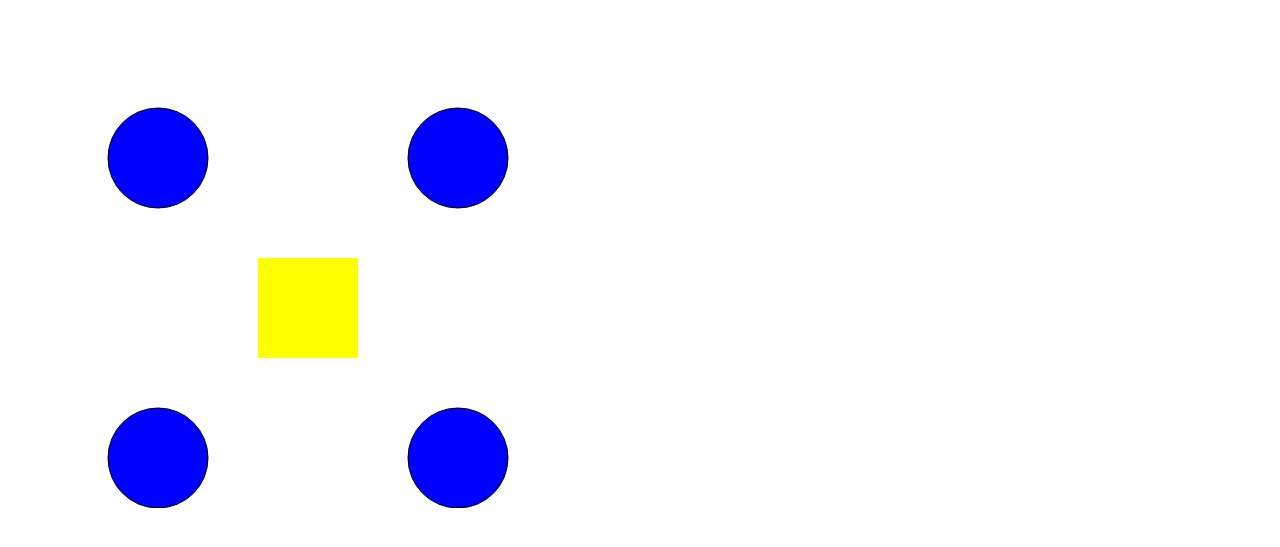
Repository: facio313/Python
Page: HELLO_PYTHON/day17/templates/canvas.html
These files come from the project's save history. The page is drawn as it stood at one moment and after the next save; the edit follows.
The browser window is 1280 px wide. The pictures show the whole page.

Above is the page before, as saved 2022-12-15 10:49:39.

After the next save:
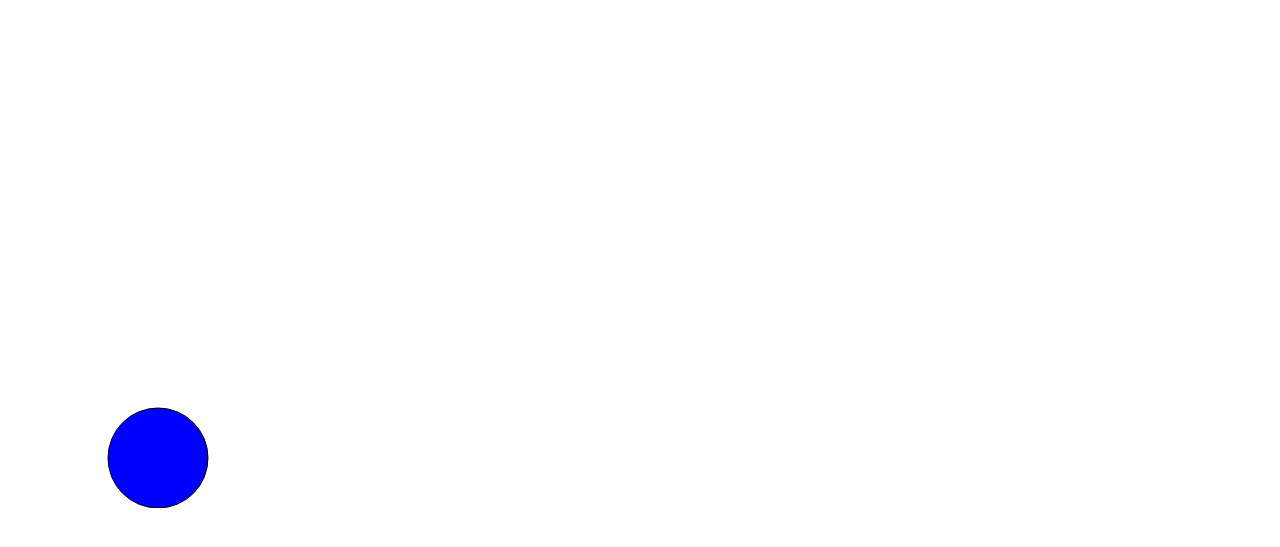
Saved 4 min 23 s later.
--- a/HELLO_PYTHON/day17/templates/canvas.html
+++ b/HELLO_PYTHON/day17/templates/canvas.html
@@ -11,19 +11,19 @@ function loader(){
 	var ctx = canvas.getContext( "2d" );      // 2d canvas 획득
 
 	ctx.beginPath();
-	ctx.arc(150, 150, 50, 0, Math.PI*2, false );
+	ctx.fillRect(150, 150, 50, 0, Math.PI*2, false );
 	ctx.fillStyle = "blue";
 	ctx.fill();
 	ctx.stroke();
 
 	ctx.beginPath();
-	ctx.arc(450, 150, 50, 0, Math.PI*2, false );
+	ctx.fillRect(450, 150, 50, 0, Math.PI*2, false );
 	ctx.fillStyle = "blue";
 	ctx.fill();
 	ctx.stroke();
 
 	ctx.beginPath();
-	ctx.arc(450, 450, 50, 0, Math.PI*2, false );
+	ctx.fillRect(450, 450, 50, 0, Math.PI*2, false );
 	ctx.fillStyle = "blue";
 	ctx.fill();
 	ctx.stroke();
@@ -35,7 +35,7 @@ function loader(){
 	ctx.stroke();
 
 	ctx.fillStyle = "rgba(255, 255, 0, 1)";
-	ctx.fillRect (250, 250, 100, 100);
+	ctx.arc (250, 250, 100, 100, Math.PI*2, false );
 }
 </script>
 
